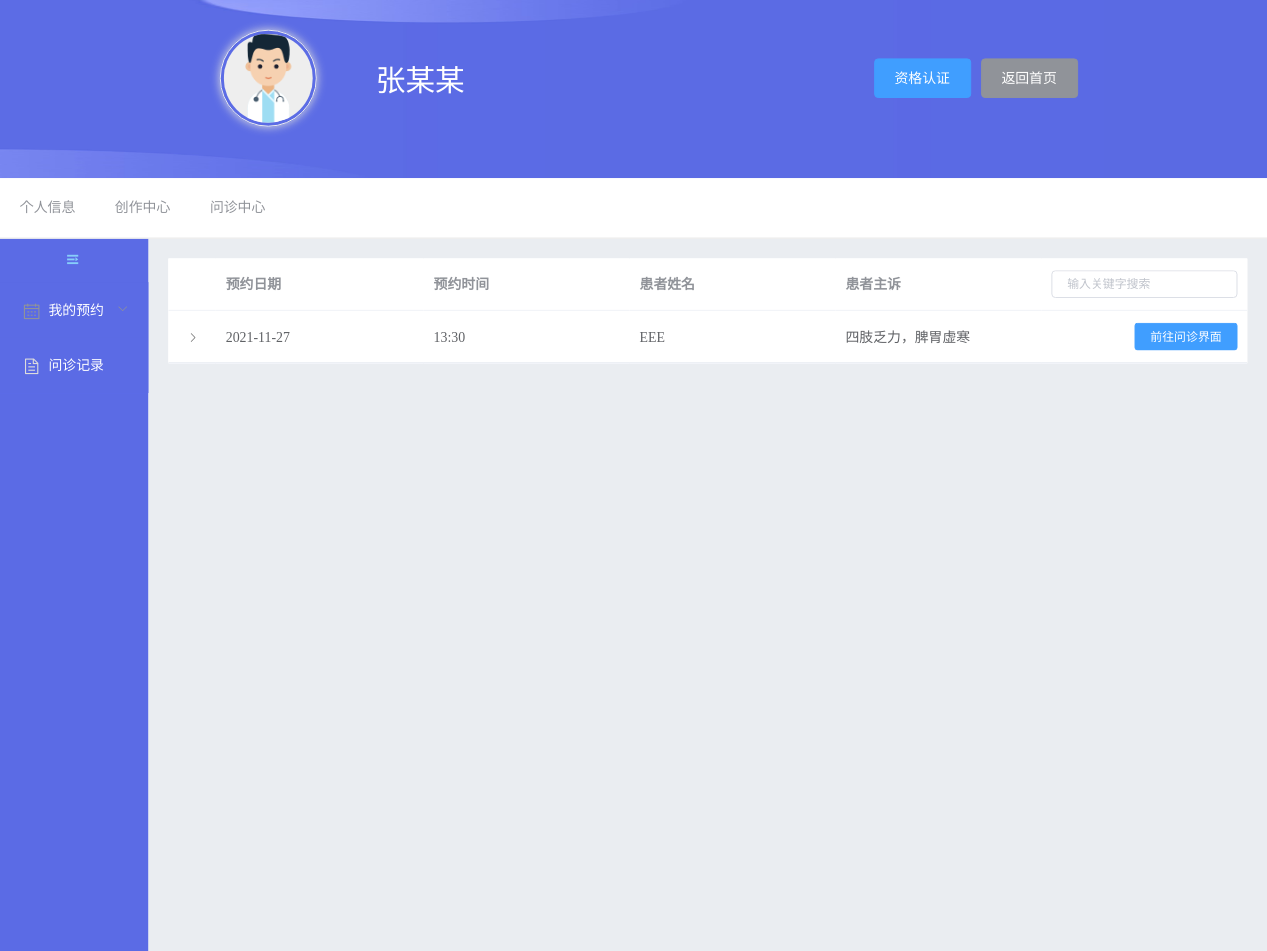
Repository: DiscreteL/SOA_Front
Page: /#/sucApply
An editor plug-in stored every save of this project. The page is shown before and after the next save, followed by the edit.
The browser window is 1280 px wide. The pictures show the whole page, at 99% of full size.
The project was rebuilt for these pictures with package versions that can differ from the ones it lists, and the page was loaded fresh each time. Also part of the build but not shown: vue.config.js, src/components/navigation.vue, src/components/dialog.vue, src/views/news.vue, src/components/announcement.vue, src/components/patientKnow.vue, src/views/Home.vue, src/views/login.vue and 15 more.

Above is the page before, as saved 2021-11-29 18:06:04.

After the next save:
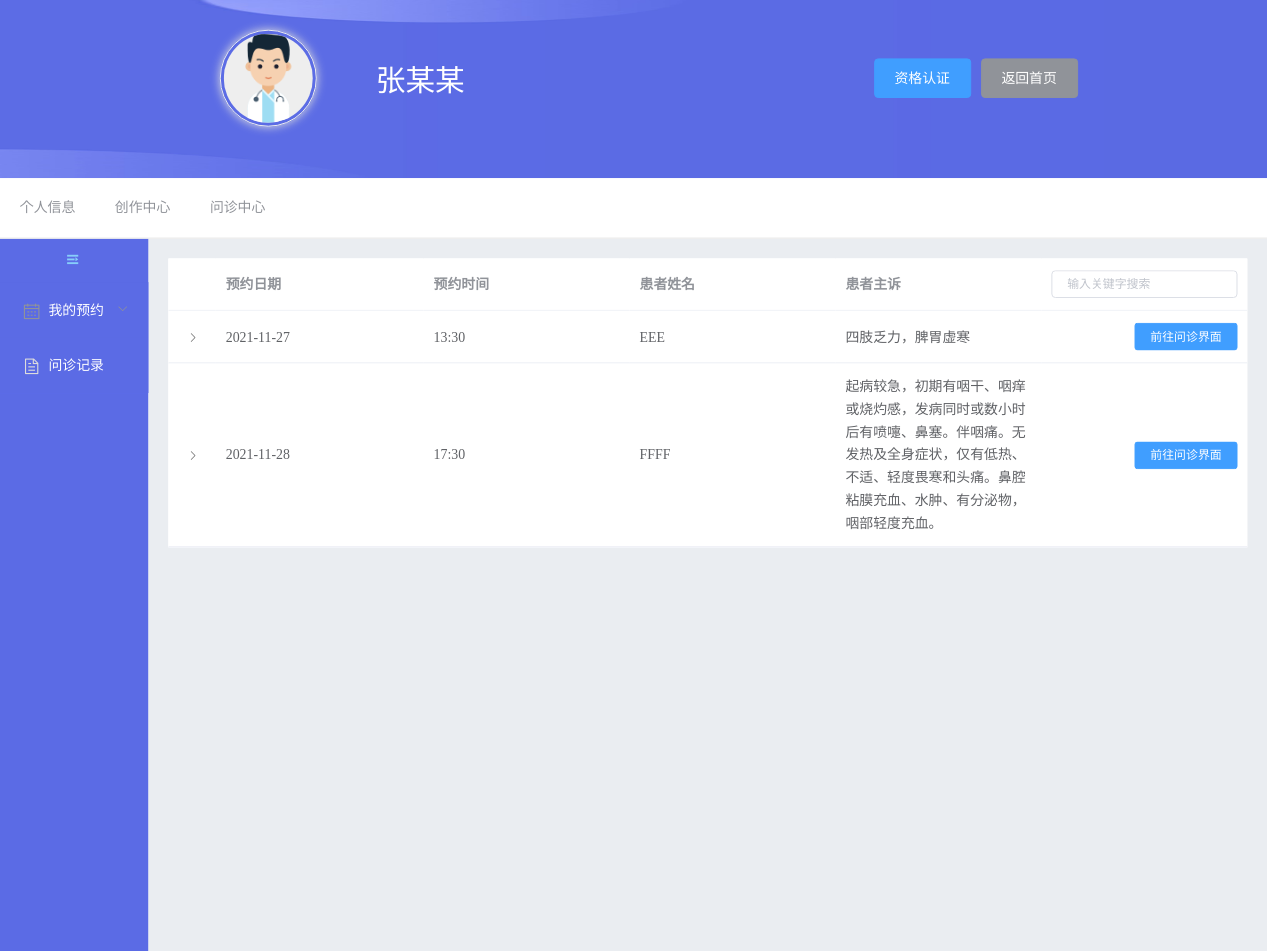
Saved 2 min 49 s later.
--- a/src/views/doctor/consult/sucApply.vue
+++ b/src/views/doctor/consult/sucApply.vue
@@ -97,6 +97,18 @@ export default {
           bloodPressure: "110/80",
           heartRate: "87",
         },
+        {
+          date: "2021-11-28",
+          time: "17:30",
+          name: "FFFF",
+          description: "起病较急，初期有咽干、咽痒或烧灼感，发病同时或数小时后有喷嚏、鼻塞。伴咽痛。无发热及全身症状，仅有低热、不适、轻度畏寒和头痛。鼻腔粘膜充血、水肿、有分泌物，咽部轻度充血。",
+          gender: "女",
+          birthday: "1997-05-06",
+          height: "165",
+          weight: "55",
+          bloodPressure: "110/80",
+          heartRate: "87",
+        },
       ],
       search: "",
     };
